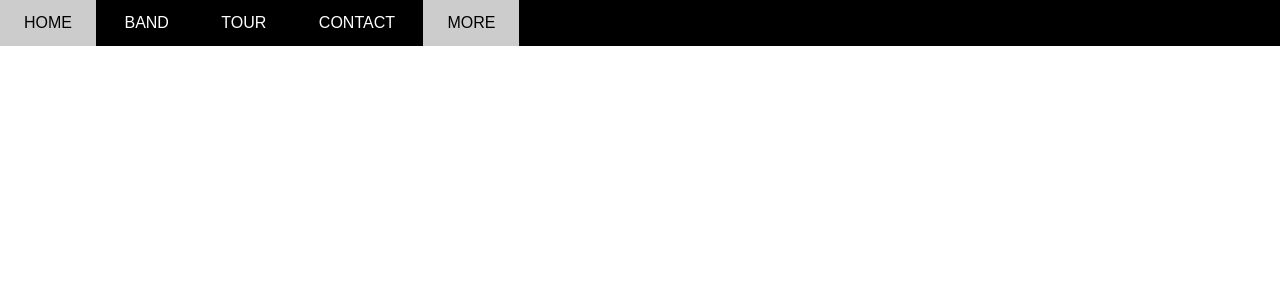
Repository: TranPhucThinh/clone-the-band
Page: index.html
The author's editor kept a copy of each file at every save. The page is drawn from the files as they stood at one save, then again after the next save.
The browser window is 1280 px wide. The pictures show the whole page.
The pointer rests on the first visible `#nav li:last-child`.

Above is the page before, as saved 2022-08-03 22:07:14.

After the next save:
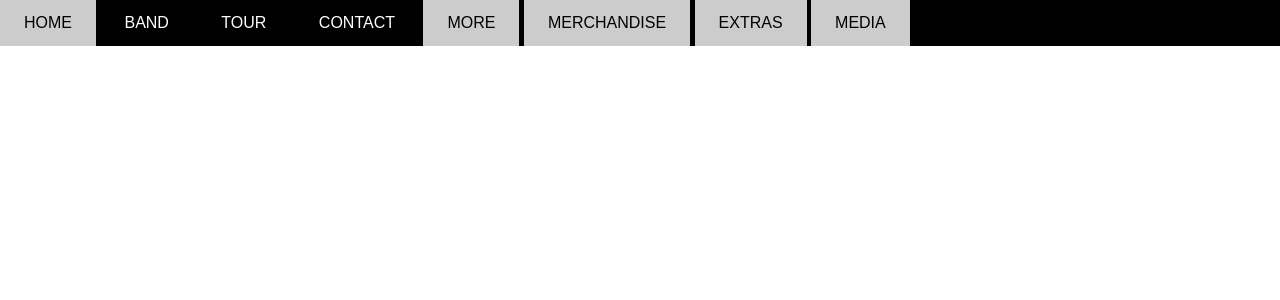
Saved 24 s later.
--- a/assets/style.css
+++ b/assets/style.css
@@ -35,6 +35,6 @@
   display: none;
 }
 
-#nav li:last-child:hover {
+#nav li:last-child:hover .subnav {
   display: inline-block;
 }
